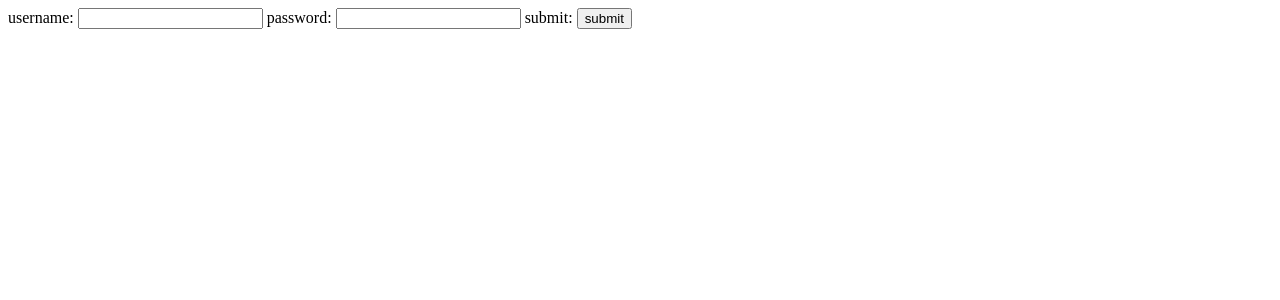
Repository: callgp/bt_servlet_jsp_jdbc
Page: http://localhost/FormBasedWebSecurity/Login.jsp
An editor plug-in stored every save of this project. The page is shown before and after the next save, followed by the edit.
The browser window is 1280 px wide. The pictures show the whole page.
The page is served by Tomcat 9. Nobody is signed in. The application's start-up code is not run.

Above is the page before, as saved 2020-07-13 03:32:57.

### FormBasedWebSecurity/WebContent/Login.jsp
<%@ page language="java" contentType="text/html; charset=ISO-8859-1"
    pageEncoding="ISO-8859-1"%>
<!DOCTYPE html PUBLIC "-//W3C//DTD HTML 4.01 Transitional//EN" "http://www.w3.org/TR/html4/loose.dtd">
<html>
<head>
<meta http-equiv="Content-Type" content="text/html; charset=ISO-8859-1">
<title>Insert title here</title>
</head>
<body>

<form action="j_security_check" method="post"/>
username: <input name="j_username"/>
password: <input name="j_password"/>
submit: <input type="submit" value="submit"/>
</body>
</html>

After the next save:
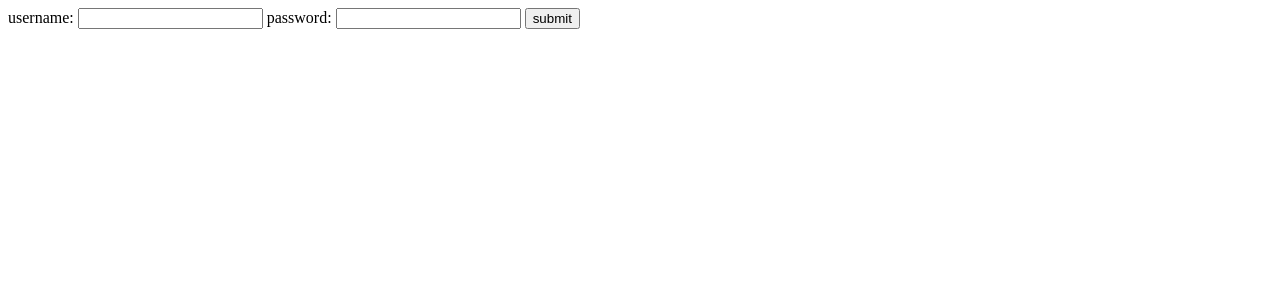
Saved 6 s later.
--- a/FormBasedWebSecurity/WebContent/Login.jsp
+++ b/FormBasedWebSecurity/WebContent/Login.jsp
@@ -11,6 +11,6 @@
 <form action="j_security_check" method="post"/>
 username: <input name="j_username"/>
 password: <input name="j_password"/>
-submit: <input type="submit" value="submit"/>
+<input type="submit" value="submit"/>
 </body>
 </html>
